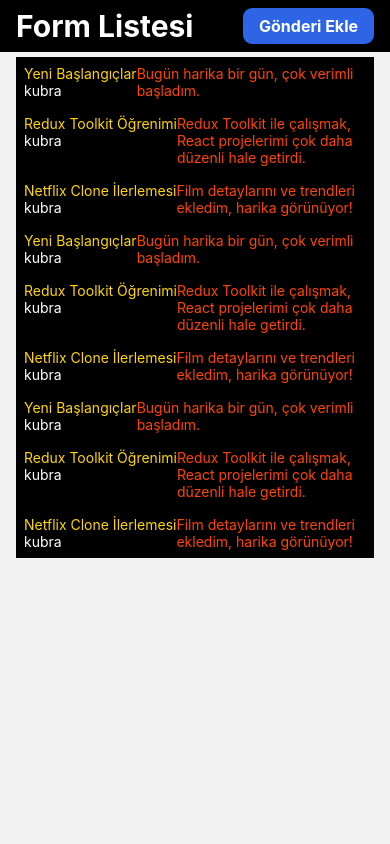
Repository: Kubraaygun/FirebaseRN
Screen: /
These files come from the project's save history. The screen is drawn as it stood at one moment and after the next save; the edit follows.
The app was drawn by React Native's web renderer in a window 390 px wide. The project was rebuilt for these pictures with package versions that can differ from the ones it lists, and the page was loaded fresh each time. Requests to the local data server were answered from the project's data file. Also part of the build but not shown: src/screens/AddPost/AddPostView.jsx, src/screens/AddPost/AddPostController.jsx.

Above is the screen before, as saved 2025-01-20 20:34:16.

After the next save:
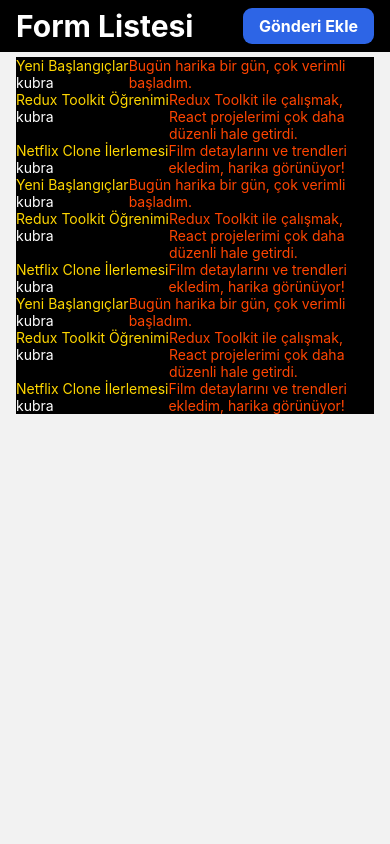
Saved 17 s later.
--- a/src/screens/ListPost/ListPostView.jsx
+++ b/src/screens/ListPost/ListPostView.jsx
@@ -30,7 +30,7 @@ const styles = StyleSheet.create({
   },
   post: {
     backgroundColor: 'black',
-    padding: 8,
+    justifyContent: 'space-between',
     flexDirection: 'row',
   },
   title: {
